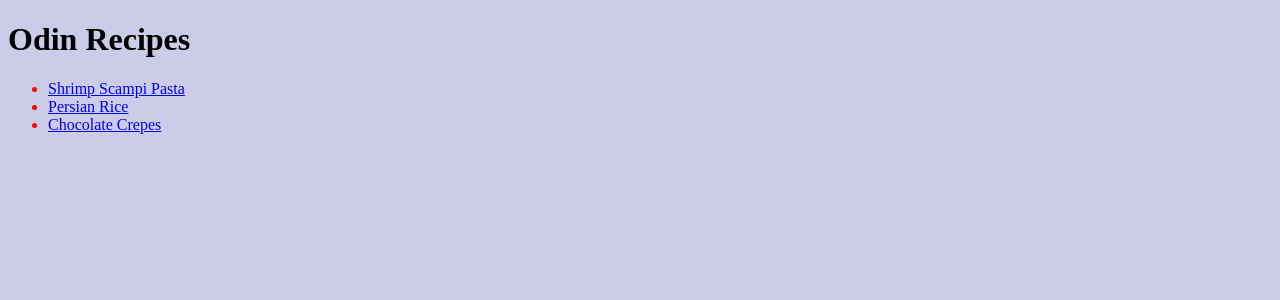
Repository: Mervens/odin-recipes
Page: index.html
These files come from the project's save history. The page is drawn as it stood at one moment and after the next save; the edit follows.
The browser window is 1280 px wide. The pictures show the whole page.

Above is the page before, as saved 2025-06-22 12:06:40.

After the next save:
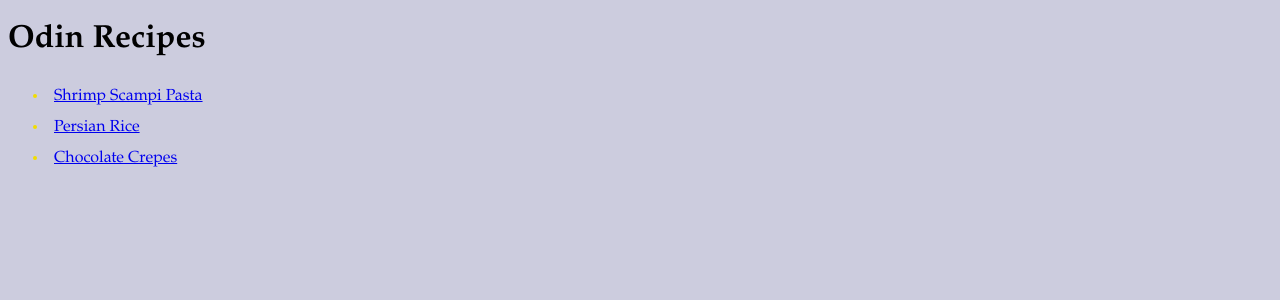
Saved 38 s later.
--- a/style.css
+++ b/style.css
@@ -1,11 +1,33 @@
 body {
-    background-color:rgb(0,0,140,0.2);
+    background-color:rgb(0,0,90,0.2);
+    font-family: Garamond, "Times New Roman", serif;
 }
 
 .header {
+    font-family: "Copperplate", Verdana, sans-serif;
+    font-size:60px;
+    text-align:center;
 
 }
 
+#recipe-link{
+    background-color:rgb(255,255,255,0.3);
+    margin:5px 5px 5px;
+    box-sizing:border-box;
+}
+
 .recipe {
-    color:red;
+    color:rgba(241, 221, 0);
+    text-align:left;
+    box-sizing:border-box;
+    padding:6px;
+    border:10px;
 }
+
+.ingredients {
+
+}
+
+.directions {
+    color:rgb(0,255,0,0.2)
+}
